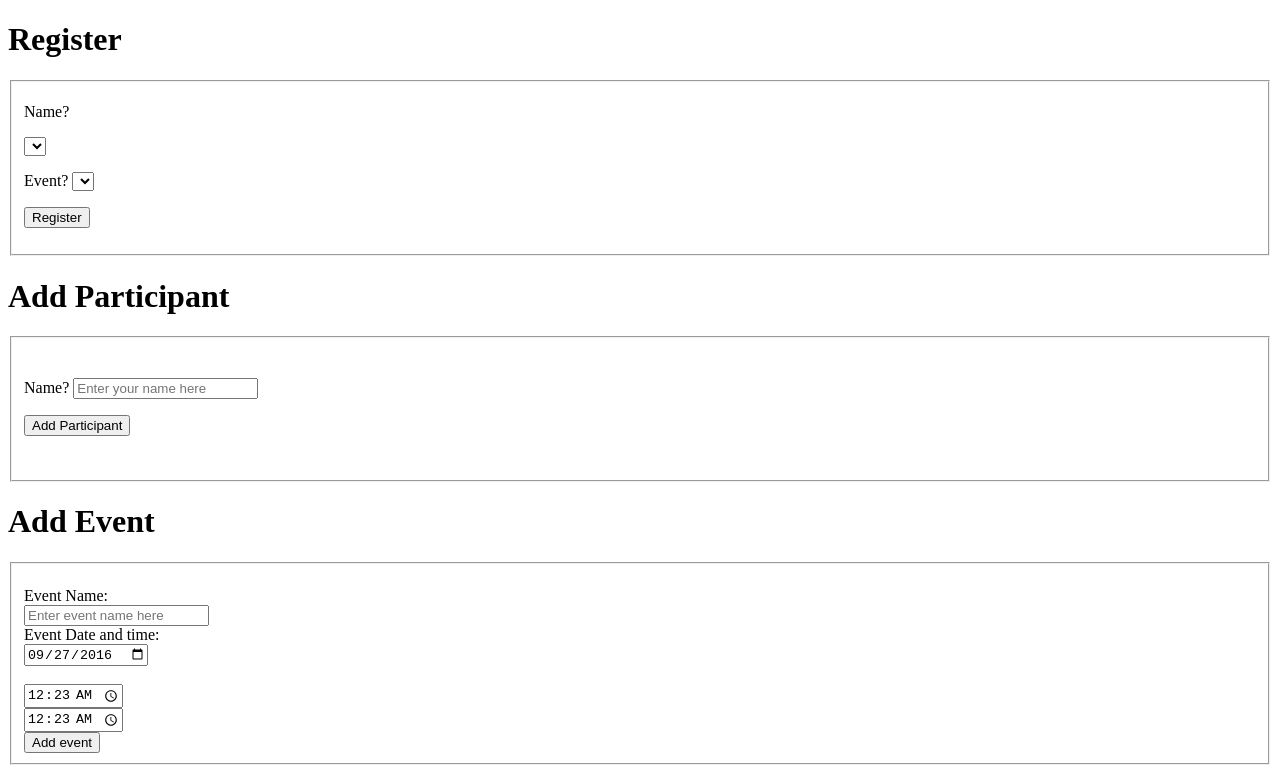
Repository: erickzhao/Event-Registration-Application
Page: http://localhost/
These files come from the project's save history. The page is drawn as it stood at one moment and after the next save; the edit follows.
The browser window is 1280 px wide. The pictures show the whole page.
The page is run by PHP 8.4 with error messages shown; the project is at /var/www/html/.

Above is the page before, as saved 2016-09-28 05:12:19.

### workspace-web/EventRegistration/EventRegistration/index.php
<!DOCTYPE html>
<html>
	<head>
		<meta charset="UTF-8">
		<title> Event Registration </title>
		<style>
			.error {color:#FF0000;}
		</style>
	</head>
	<body>
		<?php
			require_once "model/Participant.php";
			require_once "model/Registration.php";
			require_once "model/RegistrationManager.php";
			require_once "model/Event.php";
			require_once "persistence/PersistenceEventRegistration.php";
			session_start();

			//Retreive data from the model
			$pm = new PersistenceEventRegistration();
			$rm = $pm->loadDataFromStore();

			echo "<h1>Register</h1>";
			echo "<form action='register.php' method='post'>";
			echo "<fieldset>";
			echo "<p>Name?</p> <select name='participantspinner'>";
			foreach ($rm->getParticipants() as $participant){
				echo "<option>" . $participant->getName() . "</option>";
			}
			echo "</select><span class='error'>";
			if (isset($_SESSION['errorRegisterParticipant']) && !empty($_SESSION['errorRegisterParticipant'])){
				echo " * " . $_SESSION["errorRegisterParticipant"];
			}
			echo "</span></p>";
			echo "<p>Event? <select name='eventspinner'>";
			foreach ($rm->getEvents() as $event){
				echo "<option>" . $event->getName() . "</option>";
			}
			echo "</select><span class='error'>";
			if (isset($_SESSION['errorRegisterEvent']) && !empty($_SESSION['errorRegisterEvent'])){
				echo " * " . $_SESSION["errorRegisterEvent"];
			}
			echo "</span></p>";
			echo "<p><input type='submit' value='Register'/></p>";
			echo "</fieldset>";
			echo "</form>";
		?>
		<h1> Add Participant </h1>
		<form action = "addparticipant.php" method="post">
			<fieldset>
			<br>
			<p>Name? <input type="text" name="participant_name" placeholder="Enter your name here"/>
			<span class="error">
			<?php
			if (isset($_SESSION['errorParticipantName']) && !empty($_SESSION['errorParticipantName'])){
				echo " * " . $_SESSION["errorParticipantName"];
			}
			?>
			</span></p>
			<p><input type="submit" value="Add Participant"/></p>
			<br>
			</fieldset>
		</form>

		<h1>Add Event</h1>
		<form action = "addevent.php" method="post">
			<fieldset>
			<br>
			Event Name:<br>
			<input type="text" name="event_name" placeholder="Enter event name here"/><br>
			<span clas="error">
			<?php
			if (isset($_SESSION['errorEventName']) && !empty($_SESSION['errorEventName'])){
				echo " * " . $_SESSION["errorEventName"];
			}
			?>
			</span>
			Event Date and time:<br>
			<input type="date" name="event_date" value="<?php echo date('Y-m-d'); ?>" /><br>
			<span class="error">
			<?php
			if (isset($_SESSION['errorEventDate']) && !empty($_SESSION['errorEventDate'])){
				echo " * " . $_SESSION["errorEventDate"];
			}
			?>
			</span>
			<br>
			<input type="time" name="starttime" value="<?php echo date('H:i'); ?>" /> <br>
			<span class="error">
			<?php
			if (isset($_SESSION['errorEventstarttime']) && !empty($_SESSION['errorEventstarttime'])){
				echo " * " . $_SESSION["errorEventstarttime"];
			}
			?>
			</span>
			<input type="time" name="endtime" value="<?php echo date('H:i'); ?>" /> <br>
			<span class="error">
			<?php
			if (isset($_SESSION['errorEventendtime']) && !empty($_SESSION['errorEventendtime'])){
				echo " * " . $_SESSION["errorEventendtime"];
			}
			?>
			</span>
			<input type="submit" value="Add event">
			<br>
			</fieldset>
		</form>
	</body>
</html>

### workspace-web/EventRegistration/EventRegistration/model/Participant.php
<?php
/*PLEASE DO NOT EDIT THIS CODE*/
/*This code was generated using the UMPLE 1.22.0.5146 modeling language!*/

class Participant
{

  //------------------------
  // MEMBER VARIABLES
  //------------------------

  //Participant Attributes
  private $name;

  //------------------------
  // CONSTRUCTOR
  //------------------------

  public function __construct($aName)
  {
    $this->name = $aName;
  }

  //------------------------
  // INTERFACE
  //------------------------

  public function setName($aName)
  {
    $wasSet = false;
    $this->name = $aName;
    $wasSet = true;
    return $wasSet;
  }

  public function getName()
  {
    return $this->name;
  }

  public function equals($compareTo)
  {
    return $this == $compareTo;
  }

  public function delete()
  {}

}
?>

### workspace-web/EventRegistration/EventRegistration/model/Registration.php
<?php
/*PLEASE DO NOT EDIT THIS CODE*/
/*This code was generated using the UMPLE 1.22.0.5146 modeling language!*/

class Registration
{

  //------------------------
  // STATIC VARIABLES
  //------------------------

  private static $nextId = 1;

  //------------------------
  // MEMBER VARIABLES
  //------------------------

  //Autounique Attributes
  private $id;

  //Registration Associations
  private $participant;
  private $event;

  //------------------------
  // CONSTRUCTOR
  //------------------------

  public function __construct($aParticipant, $aEvent)
  {
    $this->id = self::$nextId++;
    if (!$this->setParticipant($aParticipant))
    {
      throw new Exception("Unable to create Registration due to aParticipant");
    }
    if (!$this->setEvent($aEvent))
    {
      throw new Exception("Unable to create Registration due to aEvent");
    }
  }

  //------------------------
  // INTERFACE
  //------------------------

  public function getId()
  {
    return $this->id;
  }

  public function getParticipant()
  {
    return $this->participant;
  }

  public function getEvent()
  {
    return $this->event;
  }

  public function setParticipant($aNewParticipant)
  {
    $wasSet = false;
    if ($aNewParticipant != null)
    {
      $this->participant = $aNewParticipant;
      $wasSet = true;
    }
    return $wasSet;
  }

  public function setEvent($aNewEvent)
  {
    $wasSet = false;
    if ($aNewEvent != null)
    {
      $this->event = $aNewEvent;
      $wasSet = true;
    }
    return $wasSet;
  }

  public function equals($compareTo)
  {
    return $this == $compareTo;
  }

  public function delete()
  {
    $this->participant = null;
    $this->event = null;
  }

}
?>

### workspace-web/EventRegistration/EventRegistration/model/RegistrationManager.php
<?php
/*PLEASE DO NOT EDIT THIS CODE*/
/*This code was generated using the UMPLE 1.22.0.5146 modeling language!*/

class RegistrationManager
{

  //------------------------
  // STATIC VARIABLES
  //------------------------

  private static $theInstance = null;

  //------------------------
  // MEMBER VARIABLES
  //------------------------

  //RegistrationManager Associations
  private $registrations;
  private $participants;
  private $events;

  //------------------------
  // CONSTRUCTOR
  //------------------------

  private function __construct()
  {
    $this->registrations = array();
    $this->participants = array();
    $this->events = array();
  }

  public static function getInstance()
  {
    if(self::$theInstance == null)
    {
      self::$theInstance = new RegistrationManager();
    }
    return self::$theInstance;
  }

  //------------------------
  // INTERFACE
  //------------------------

  public function getRegistration_index($index)
  {
    $aRegistration = $this->registrations[$index];
    return $aRegistration;
  }

  public function getRegistrations()
  {
    $newRegistrations = $this->registrations;
    return $newRegistrations;
  }

  public function numberOfRegistrations()
  {
    $number = count($this->registrations);
    return $number;
  }

  public function hasRegistrations()
  {
    $has = $this->numberOfRegistrations() > 0;
    return $has;
  }

  public function indexOfRegistration($aRegistration)
  {
    $wasFound = false;
    $index = 0;
    foreach($this->registrations as $registration)
    {
      if ($registration->equals($aRegistration))
      {
        $wasFound = true;
        break;
      }
      $index += 1;
    }
    $index = $wasFound ? $index : -1;
    return $index;
  }

  public function getParticipant_index($index)
  {
    $aParticipant = $this->participants[$index];
    return $aParticipant;
  }

  public function getParticipants()
  {
    $newParticipants = $this->participants;
    return $newParticipants;
  }

  public function numberOfParticipants()
  {
    $number = count($this->participants);
    return $number;
  }

  public function hasParticipants()
  {
    $has = $this->numberOfParticipants() > 0;
    return $has;
  }

  public function indexOfParticipant($aParticipant)
  {
    $wasFound = false;
    $index = 0;
    foreach($this->participants as $participant)
    {
      if ($participant->equals($aParticipant))
      {
        $wasFound = true;
        break;
      }
      $index += 1;
    }
    $index = $wasFound ? $index : -1;
    return $index;
  }

  public function getEvent_index($index)
  {
    $aEvent = $this->events[$index];
    return $aEvent;
  }

  public function getEvents()
  {
    $newEvents = $this->events;
    return $newEvents;
  }

  public function numberOfEvents()
  {
    $number = count($this->events);
    return $number;
  }

  public function hasEvents()
  {
    $has = $this->numberOfEvents() > 0;
    return $has;
  }

  public function indexOfEvent($aEvent)
  {
    $wasFound = false;
    $index = 0;
    foreach($this->events as $event)
    {
      if ($event->equals($aEvent))
      {
        $wasFound = true;
        break;
      }
      $index += 1;
    }
    $index = $wasFound ? $index : -1;
    return $index;
  }

  public static function minimumNumberOfRegistrations()
  {
    return 0;
  }

  public function addRegistration($aRegistration)
  {
    $wasAdded = false;
    if ($this->indexOfRegistration($aRegistration) !== -1) { return false; }
    $this->registrations[] = $aRegistration;
    $wasAdded = true;
    return $wasAdded;
  }

  public function removeRegistration($aRegistration)
  {
    $wasRemoved = false;
    if ($this->indexOfRegistration($aRegistration) != -1)
    {
      unset($this->registrations[$this->indexOfRegistration($aRegistration)]);
      $this->registrations = array_values($this->registrations);
      $wasRemoved = true;
    }
    return $wasRemoved;
  }

  public function addRegistrationAt($aRegistration, $index)
  {
    $wasAdded = false;
    if($this->addRegistration($aRegistration))
    {
      if($index < 0 ) { $index = 0; }
      if($index > $this->numberOfRegistrations()) { $index = $this->numberOfRegistrations() - 1; }
      array_splice($this->registrations, $this->indexOfRegistration($aRegistration), 1);
      array_splice($this->registrations, $index, 0, array($aRegistration));
      $wasAdded = true;
    }
    return $wasAdded;
  }

  public function addOrMoveRegistrationAt($aRegistration, $index)
  {
    $wasAdded = false;
    if($this->indexOfRegistration($aRegistration) !== -1)
    {
      if($index < 0 ) { $index = 0; }
      if($index > $this->numberOfRegistrations()) { $index = $this->numberOfRegistrations() - 1; }
      array_splice($this->registrations, $this->indexOfRegistration($aRegistration), 1);
      array_splice($this->registrations, $index, 0, array($aRegistration));
      $wasAdded = true;
    }
    else
    {
      $wasAdded = $this->addRegistrationAt($aRegistration, $index);
    }
    return $wasAdded;
  }

  public static function minimumNumberOfParticipants()
  {
    return 0;
  }

  public function addParticipant($aParticipant)
  {
    $wasAdded = false;
    if ($this->indexOfParticipant($aParticipant) !== -1) { return false; }
    $this->participants[] = $aParticipant;
    $wasAdded = true;
    return $wasAdded;
  }

  public function removeParticipant($aParticipant)
  {
    $wasRemoved = false;
    if ($this->indexOfParticipant($aParticipant) != -1)
    {
      unset($this->participants[$this->indexOfParticipant($aParticipant)]);
      $this->participants = array_values($this->participants);
      $wasRemoved = true;
    }
    return $wasRemoved;
  }

  public function addParticipantAt($aParticipant, $index)
  {
    $wasAdded = false;
    if($this->addParticipant($aParticipant))
    {
      if($index < 0 ) { $index = 0; }
      if($index > $this->numberOfParticipants()) { $index = $this->numberOfParticipants() - 1; }
      array_splice($this->participants, $this->indexOfParticipant($aParticipant), 1);
      array_splice($this->participants, $index, 0, array($aParticipant));
      $wasAdded = true;
    }
    return $wasAdded;
  }

  public function addOrMoveParticipantAt($aParticipant, $index)
  {
    $wasAdded = false;
    if($this->indexOfParticipant($aParticipant) !== -1)
    {
      if($index < 0 ) { $index = 0; }
      if($index > $this->numberOfParticipants()) { $index = $this->numberOfParticipants() - 1; }
      array_splice($this->participants, $this->indexOfParticipant($aParticipant), 1);
      array_splice($this->participants, $index, 0, array($aParticipant));
      $wasAdded = true;
    }
    else
    {
      $wasAdded = $this->addParticipantAt($aParticipant, $index);
    }
    return $wasAdded;
  }

  public static function minimumNumberOfEvents()
  {
    return 0;
  }

  public function addEvent($aEvent)
  {
    $wasAdded = false;
    if ($this->indexOfEvent($aEvent) !== -1) { return false; }
    $this->events[] = $aEvent;
    $wasAdded = true;
    return $wasAdded;
  }

  public function removeEvent($aEvent)
  {
    $wasRemoved = false;
    if ($this->indexOfEvent($aEvent) != -1)
    {
      unset($this->events[$this->indexOfEvent($aEvent)]);
      $this->events = array_values($this->events);
      $wasRemoved = true;
    }
    return $wasRemoved;
  }

  public function addEventAt($aEvent, $index)
  {
    $wasAdded = false;
    if($this->addEvent($aEvent))
    {
      if($index < 0 ) { $index = 0; }
      if($index > $this->numberOfEvents()) { $index = $this->numberOfEvents() - 1; }
      array_splice($this->events, $this->indexOfEvent($aEvent), 1);
      array_splice($this->events, $index, 0, array($aEvent));
      $wasAdded = true;
    }
    return $wasAdded;
  }

  public function addOrMoveEventAt($aEvent, $index)
  {
    $wasAdded = false;
    if($this->indexOfEvent($aEvent) !== -1)
    {
      if($index < 0 ) { $index = 0; }
      if($index > $this->numberOfEvents()) { $index = $this->numberOfEvents() - 1; }
      array_splice($this->events, $this->indexOfEvent($aEvent), 1);
      array_splice($this->events, $index, 0, array($aEvent));
      $wasAdded = true;
    }
    else
    {
      $wasAdded = $this->addEventAt($aEvent, $index);
    }
    return $wasAdded;
  }

  public function equals($compareTo)
  {
    return $this == $compareTo;
  }

  public function delete()
  {
    $this->registrations = array();
    $this->participants = array();
    $this->events = array();
  }

}
?>

### workspace-web/EventRegistration/EventRegistration/model/Event.php
<?php
/*PLEASE DO NOT EDIT THIS CODE*/
/*This code was generated using the UMPLE 1.22.0.5146 modeling language!*/

class Event
{

  //------------------------
  // MEMBER VARIABLES
  //------------------------

  //Event Attributes
  private $name;
  private $eventDate;
  private $startTime;
  private $endTime;

  //------------------------
  // CONSTRUCTOR
  //------------------------

  public function __construct($aName, $aEventDate, $aStartTime, $aEndTime)
  {
    $this->name = $aName;
    $this->eventDate = $aEventDate;
    $this->startTime = $aStartTime;
    $this->endTime = $aEndTime;
  }

  //------------------------
  // INTERFACE
  //------------------------

  public function setName($aName)
  {
    $wasSet = false;
    $this->name = $aName;
    $wasSet = true;
    return $wasSet;
  }

  public function setEventDate($aEventDate)
  {
    $wasSet = false;
    $this->eventDate = $aEventDate;
    $wasSet = true;
    return $wasSet;
  }

  public function setStartTime($aStartTime)
  {
    $wasSet = false;
    $this->startTime = $aStartTime;
    $wasSet = true;
    return $wasSet;
  }

  public function setEndTime($aEndTime)
  {
    $wasSet = false;
    $this->endTime = $aEndTime;
    $wasSet = true;
    return $wasSet;
  }

  public function getName()
  {
    return $this->name;
  }

  public function getEventDate()
  {
    return $this->eventDate;
  }

  public function getStartTime()
  {
    return $this->startTime;
  }

  public function getEndTime()
  {
    return $this->endTime;
  }

  public function equals($compareTo)
  {
    return $this == $compareTo;
  }

  public function delete()
  {}

}
?>

### workspace-web/EventRegistration/EventRegistration/persistence/PersistenceEventRegistration.php
<?php
class PersistenceEventRegistration{
	private $filename;

	function __construc($filename = 'data.txt'){
		$this->filename = $filename;
	}

	function loadDataFromStore(){
		if (file_exists($this->filename)){
			$str = file_get_contents($this->filename);
			$rm = unserialize($str);
		} else {
			$rm = RegistrationManager::getInstance();
		}
		return $rm;
	}

	function writeDataToStore($rm){
		$str = serialize($rm);
		file_put_contents($this->filename, $str);
	}
}
?>

After the next save:
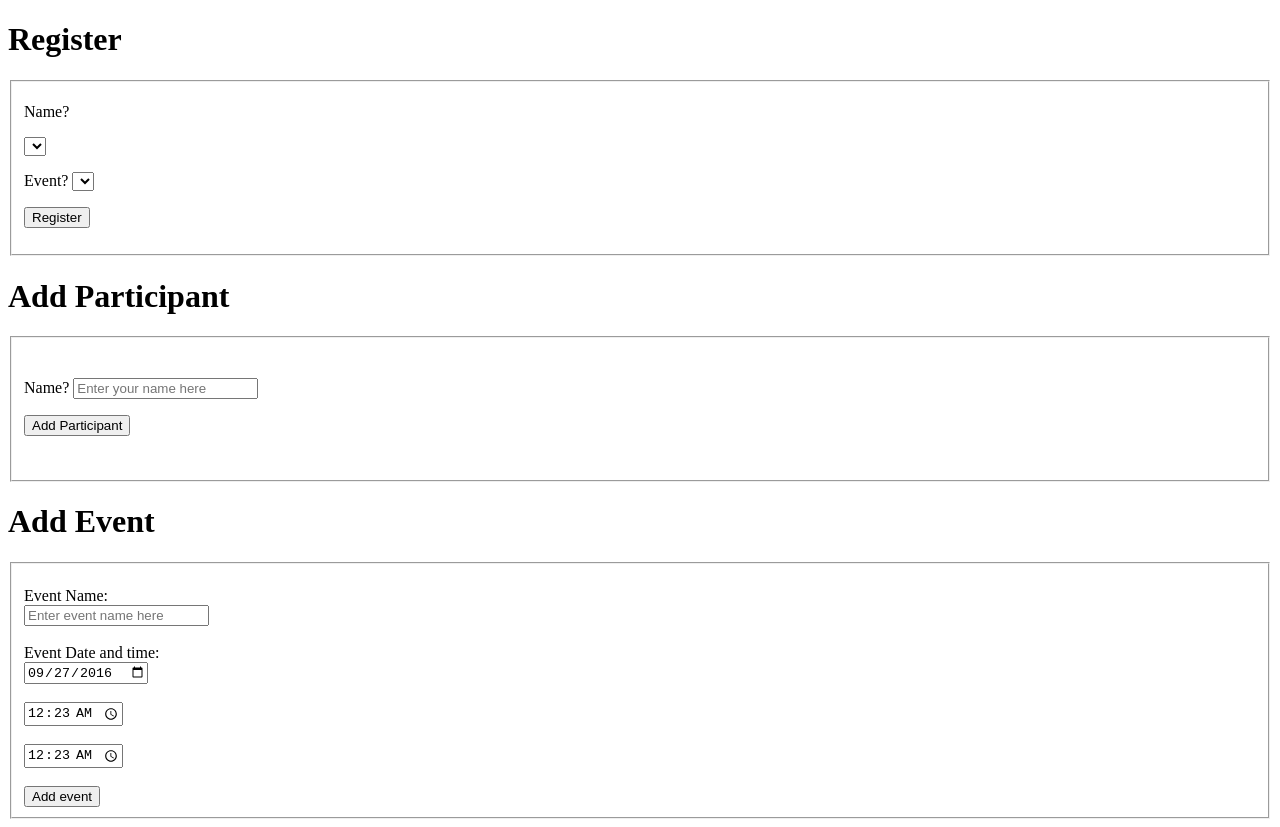
Saved 18 s later.
--- a/workspace-web/EventRegistration/EventRegistration/index.php
+++ b/workspace-web/EventRegistration/EventRegistration/index.php
@@ -75,6 +75,7 @@
 			}
 			?>
 			</span>
+			<br>
 			Event Date and time:<br>
 			<input type="date" name="event_date" value="<?php echo date('Y-m-d'); ?>" /><br>
 			<span class="error">
@@ -93,6 +94,7 @@
 			}
 			?>
 			</span>
+			<br>
 			<input type="time" name="endtime" value="<?php echo date('H:i'); ?>" /> <br>
 			<span class="error">
 			<?php
@@ -101,6 +103,7 @@
 			}
 			?>
 			</span>
+			<br>
 			<input type="submit" value="Add event">
 			<br>
 			</fieldset>
